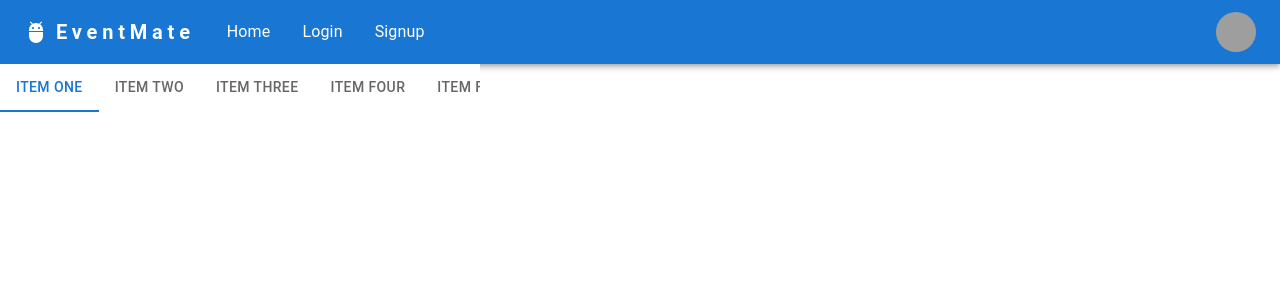
Repository: Farida-Yeasmin-Mim/EventMate_Frontend
Page: /filterpage
The author's editor kept a copy of each file at every save. The page is drawn from the files as they stood at one save, then again after the next save.
The browser window is 1280 px wide. The pictures show the whole page.
Pictures or frames that could not be fetched are drawn as grey boxes. The page's requests for data from a server got no answer. The project was rebuilt for these pictures with package versions that can differ from the ones it lists, and the page was loaded fresh each time. No one was signed in, and anything a server would have sent is missing. Also part of the build but not shown: src/components/PostRequest.js, src/pages/auth/Login.js, src/components/seletionTextField/selectGender.js, src/pages/auth/Signup.js, src/components/vendor/RegVendor.js, src/components/offer.js, src/components/productcategories.js, src/components/icontabs.js and 15 more.

Above is the page before, as saved 2022-08-16 17:27:26.

### public/index.html
<!DOCTYPE html>
<html lang="en">
  <head>
    <meta charset="utf-8" />
    <link rel="icon" href="%PUBLIC_URL%/favicon.ico" />
    <meta name="viewport" content="width=device-width, initial-scale=1" />
    <meta name="theme-color" content="#000000" />
    <meta
      name="description"
      content="Web site created using create-react-app"
    />
    <link rel="apple-touch-icon" href="%PUBLIC_URL%/logo192.png" />

    <link href="https://fonts.googleapis.com/css2?family=Nunito:ital,wght@0,200;0,300;0,400;0,500;0,600;0,700;0,800;0,900;1,200;1,300;1,400;1,500;1,600;1,700;1,900&family=Raleway:ital,wght@0,100;0,200;0,300;0,400;0,500;0,600;0,700;0,800;0,900;1,100;1,200;1,300;1,400;1,500;1,600;1,700;1,800;1,900&display=swap"
    rel="stylesheet">

    <style>
      * {
        font-family: 'Nunito', sans-serif;
        margin: 0;
      }
    </style>

    <link rel="manifest" href="%PUBLIC_URL%/manifest.json" />

    <title>EventMate</title>
  </head>
  <body>
    <noscript>You need to enable JavaScript to run this app.</noscript>
    <div id="root"></div>

  </body>
</html>

### src/index.js
import React from 'react';
import ReactDOM from 'react-dom/client';
import './index.css';
import App from './App';
import reportWebVitals from './reportWebVitals';
import axios from 'axios';
import Context from './components/context/Context';

axios.defaults.baseURL = 'http://127.0.0.1:8000/api/'
// axios.defaults.baseURL = 'https://guarded-beach-16980.herokuapp.com/api/'
axios.defaults.headers.common['Authorization'] = 'Bearer ' + localStorage.getItem('token')

const root = ReactDOM.createRoot(document.getElementById('root'));
root.render(
  <React.StrictMode>
    <Context>
      <App />
    </Context>
  {/* <App/> */}
  </React.StrictMode>

);

// If you want to start measuring performance in your app, pass a function
// to log results (for example: reportWebVitals(console.log))
// or send to an analytics endpoint. Learn more: https://bit.ly/CRA-vitals
reportWebVitals();

### src/App.js
//import logo from './logo.svg';
import './App.css';
import Login from './pages/auth/Login';
import Signup from './pages/auth/Signup';
import Registration from './components/vendor/RegVendor';
import Offer from './components/Offer';
import ProductCategories from './components/productcategories';
import IconTabs from './components/icontabs';
//import DecorationCard from './components/cards/decoration';
import Services from './components/services';
import AddDecorationsForm from './pages/services/addDecorationsForm';
//import Home from './pages/Home';
import Navbar from './components/Navbar';
import Feed from './components/feed/Feed';
import Dashboard from './components/vendor/Dashboard';
import CreateEvent from './components/event/CreateEvent';
import OrderDetails from './components/event/OrderDetails';
import AppRouter from './components/AppRouter';
import FilterPage from './components/event/filter/FilterPage';
import Notification from './components/Notification';
import SearchBar from './components/event/filter/SearchBar';




function App() {
  return (
    <div className="App">
      {/*



      <Services></Services>
      <Offer></Offer>

      <Login></Login>
      <Signup></Signup>
      <Registration></Registration>
      <AddDecorationsForm></AddDecorationsForm> */}



    {/* <DecorationCard></DecorationCard>  */}
    {/* <ProductCategories></ProductCategories> */}
    {/* <Navbar/>   */}
    {/* <Home/> */}
    {/* <Feed/> */}
    {/* <Dashboard/> */}
    {/* <CreateEvent/> */}
    {/* <OrderDetails/> */}
    {/* <Home/> */}
    {/* <SearchBar/> */}

      {/* <AppRouter /> */}
      {/* */}
      {/* <IconTabs/> */}

      <Notification/>
      <AppRouter/>
      {/* <Home/>  */}
     {/* <FilterPage/> */}

    </div>
  );
}

export default App;

### src/components/context/Context.js
import React, { createContext, useContext, useReducer  } from 'react';
import { faker } from '@faker-js/faker';
import { cartReducer } from './Reducers';
import { dataList } from '../event/filter/constants';

const Cart = createContext();

function Context({children}) {
    // const products = [...Array(20)].map(() => ({
    //     id: faker.datatype.uuid(),
    //     name: faker.commerce.productName(),
    //     price: faker.commerce.price(),
    //     image: faker.image.fashion(),
    //     inStock: faker.helpers.arrayElement([0, 3, 5, 6, 7]),
    //     fastDelivery: faker.datatype.boolean(),
    //     ratings: faker.helpers.arrayElement([1, 2, 3, 4, 5]),
    //   }));
    const products = [...dataList];

      // console.log(products);
      const [state, dispatch] = useReducer(cartReducer, {
        products: products,
        cart: [],
      });


      return (
        <Cart.Provider value={{ state, dispatch }}>
          {children}
        </Cart.Provider>
      );
};

export const CartState = () => {
  return useContext(Cart);
};

export default Context;

### src/App.css
@import url('https://fonts.googleapis.com/css2?family=Raleway:ital,wght@0,100;0,200;0,300;0,400;0,500;0,600;0,700;0,800;0,900;1,100;1,200;1,300;1,400;1,500;1,600;1,700;1,800;1,900&display=swap');


*,
*::after,
*::before{
  margin: 0;
}

body{
  font-family: 'Raleway', sans-serif;
}

input{
  font-family: 'Raleway', sans-serif;
}

/* Chrome Safari and Opera */
/* scrollbar handle */
::-webkit-scrollbar{
  display: none;
}

body{
  -ms-overflow-style: none;   /*work on internet explorer and Edge*/
  scrollbar-width: none;      /*work on Firefox*/
}


.App-logo {
  height: 40vmin;
  pointer-events: none;
}

@media (prefers-reduced-motion: no-preference) {
  .App-logo {
    animation: App-logo-spin infinite 20s linear;
  }
}

.App-header {
  background-color: #282c34;
  min-height: 100vh;
  display: flex;
  flex-direction: column;
  align-items: center;
  justify-content: center;
  font-size: calc(10px + 2vmin);
  color: white;
}

.App-link {
  color: #61dafb;
}

@keyframes App-logo-spin {
  from {
    transform: rotate(0deg);
  }
  to {
    transform: rotate(360deg);
  }
}

### src/components/Navbar.js
import * as React from 'react';
import AppBar from '@mui/material/AppBar';
import Box from '@mui/material/Box';
import Toolbar from '@mui/material/Toolbar';
import IconButton from '@mui/material/IconButton';
import Typography from '@mui/material/Typography';
import Menu from '@mui/material/Menu';
import MenuIcon from '@mui/icons-material/Menu';
import Container from '@mui/material/Container';
import Avatar from '@mui/material/Avatar';
import Button from '@mui/material/Button';
import Tooltip from '@mui/material/Tooltip';
import MenuItem from '@mui/material/MenuItem';
import AdbIcon from '@mui/icons-material/Adb';
import { Link } from "react-router-dom";


// const pages = ['Home', 'About', 'Services', 'Contact Us', 'LogIn', 'SignUp'];
const settings = ['Profile', 'Account', 'Dashboard', 'Logout'];

const Navbar = () => {
  const [anchorElNav, setAnchorElNav] = React.useState(null);
  const [anchorElUser, setAnchorElUser] = React.useState(null);

  const handleOpenNavMenu = (event) => {
    setAnchorElNav(event.currentTarget);
  };
  const handleOpenUserMenu = (event) => {
    setAnchorElUser(event.currentTarget);
  };

  const handleCloseNavMenu = () => {
    setAnchorElNav(null);
  };

  const handleCloseUserMenu = () => {
    setAnchorElUser(null);
  };

  return (
    <AppBar position="static">
      <Container maxWidth="xl">
        <Toolbar disableGutters>
          <AdbIcon sx={{ display: { xs: 'none', md: 'flex' }, mr: 1 }} />


          {/* For Left side EventMate design */}
          <Typography
            variant="h6"
            noWrap
            component="a"
            href="/"
            sx={{
              mr: 2,
              display: { xs: 'none', md: 'flex' },
              fontWeight: 700,
              letterSpacing: '.3rem',
              color: 'inherit',
              textDecoration: 'none',
            }}
          >
            EventMate
          </Typography>

          <Box sx={{ flexGrow: 1, display: { xs: 'flex', md: 'none' } }}>
            <IconButton
              size="large"
              aria-label="account of current user"
              aria-controls="menu-appbar"
              aria-haspopup="true"
              onClick={handleOpenNavMenu}
              color='inherit'
            >
              <MenuIcon />
            </IconButton>


            <Menu
              id="menu-appbar"
              anchorEl={anchorElNav}
              anchorOrigin={{
                vertical: 'bottom',
                horizontal: 'left',
              }}
              keepMounted
              transformOrigin={{
                vertical: 'top',
                horizontal: 'left',
              }}
              open={Boolean(anchorElNav)}
              onClose={handleCloseNavMenu}
              sx={{
                display: { xs: 'block', md: 'none' },
              }}
            >

              {/* pages function for left bar */}
              {/* {pages.map((page) => (
                <MenuItem key={page} onClick={handleCloseNavMenu}>
                  <Typography textAlign="center">{page}</Typography>

                </MenuItem>
              ))} */}
              {/* <MenuItem><Link to="/">Home</Link></MenuItem>
              <MenuItem><Link to="/login">Login</Link></MenuItem>
              <MenuItem><Link to="/signup">Signup</Link></MenuItem> */}

            </Menu>
          </Box>


          {/* <AdbIcon sx={{ display: { xs: 'flex', md: 'none' }, mr: 1 }} />
          <Typography
            variant="h5"
            noWrap
            component="a"
            href=""
            sx={{
              mr: 2,
              display: { xs: 'flex', md: 'none' },
              flexGrow: 1,
              fontFamily: 'monospace',
              fontWeight: 700,
              letterSpacing: '.3rem',
              color: 'white',
              textDecoration: 'none',
            }}
          >
            EventMate
          </Typography> */}




           {/* left side pages button design */}
          {/* <Box sx={{ flexGrow: 1, display: { xs: 'none', md: 'flex' } }}>
            {pages.map((page) => (
              <Button
                key={page}
                onClick={handleCloseNavMenu}
                sx={{ my: 2, color: 'white', display: 'block' }}
              >
                {page}
              </Button>
            ))}
          </Box> */}
          {/* <Box sx={{ flexGrow: 1, display: { xs: 'none', md: 'flex' } }}>
              <Button
                key={page}
                onClick={handleCloseNavMenu}
                sx={{ my: 2, color: 'white', display: 'block' }}
              >


              </Button>
          </Box> */}

          <Box sx={{ flexGrow: 1, display: { xs: 'none', md: 'flex' } }}>
              <Link to="/" style={{ textDecoration: 'none', color: 'white', display: 'block', my: 2 }} ><MenuItem> Home</MenuItem></Link>
              <Link to="/login" style={{ textDecoration: 'none', color: 'white', display: 'block', my: 2 }}><MenuItem>Login</MenuItem></Link>
              <Link to="/signup" style={{ textDecoration: 'none', color: 'white', display: 'block', my: 2 }}><MenuItem>Signup</MenuItem></Link>
          </Box>



           {/* right side iconbar design*/}
          <Box sx={{ flexGrow: 0 }}>
            <Tooltip title="Open settings">
              <IconButton onClick={handleOpenUserMenu} sx={{ p: 0 }}>
                <Avatar alt="Remy Sharp" src="https://avatars.githubusercontent.com/u/76836136?s=400&u=6b029a033204aea30687591bedb424dcbfbea46a&v=4" />
              </IconButton>
            </Tooltip>


            <Menu
              sx={{ mt: '45px' }}
              id="menu-appbar"
              anchorEl={anchorElUser}
              anchorOrigin={{
                vertical: 'top',
                horizontal: 'right',
              }}
              keepMounted
              transformOrigin={{
                vertical: 'top',
                horizontal: 'right',
              }}
              open={Boolean(anchorElUser)}
              onClose={handleCloseUserMenu}
            >

              {/* settings function for right iconbar */}
              {/* {settings.map((setting) => (
                <MenuItem key={setting} onClick={handleCloseUserMenu}>
                  <Typography textAlign="center">{setting}</Typography>
                </MenuItem>
              ))} */}
              <Link to="/logout" style={{ textDecoration: 'none', color: 'gray', display: 'block', my: 2 }}><MenuItem><Typography textAlign="center">Logout</Typography></MenuItem></Link>

            </Menu>
          </Box>


        </Toolbar>
      </Container>
    </AppBar>
  );
};
export default Navbar;

### src/components/AppRouter.js
import React from 'react';
import { BrowserRouter as Router, Routes, Route } from "react-router-dom";
import Login from '../pages/auth/Login';
import Logout from '../pages/auth/Logout';
import Signup from '../pages/auth/Signup';
import Home from '../pages/Home';
import CreateEvent from './event/CreateEvent';
import OrderDetails from './event/OrderDetails';
import SelectServices from './event/SelectServices';
import Feed from './feed/Feed';
import Navbar from './Navbar';
import Dashboard from './vendor/Dashboard';
import Vendor_reg from './vendor/RegVendor';
import Offer from './Offer';
import ProductCategories from './productcategories';
import AddDecorationsForm from '../pages/services/addDecorationsForm';
import FilterPage from './event/filter/FilterPage';



function AppRouter(props) {
    return (
        <Router>

            <Navbar />
            <Routes>
                <Route path="/" exact element={<Home/>} />
                <Route path="/login" element={<Login/>} />
                <Route path="/logout" element={<Logout/>} />
                <Route path="/signup" element={<Signup/>} />
                <Route path="/feed" element={<Feed/>} />
                <Route path="/vendor_reg" element={<Vendor_reg/>} />
                <Route path="/vendor_dashboard" element={<Dashboard/>} />
                <Route path="/event_create" element={<CreateEvent/>} />
                <Route path="/productcategories" element={<ProductCategories/>} />
                <Route path="/select_services" element={<SelectServices/>} />
                <Route path="/Order_details" element={<OrderDetails/>} />
                <Route path="/Offer" element={<Offer/>} />
                <Route path="/addDecorationsForm" element={<AddDecorationsForm/>} />
                <Route path="/filterpage" element={<FilterPage/>} />

                {/* path="file name" element="file function" */}


            </Routes>

      </Router>
    );
}

export default AppRouter;

### src/components/event/filter/FilterPage.js
// import * as React from 'react';
// import Box from '@mui/material/Box';
// import Tab from '@mui/material/Tab';
// import TabContext from '@mui/lab/TabContext';
// import TabList from '@mui/lab/TabList';
// import TabPanel from '@mui/lab/TabPanel';

// export default function LabTabs() {
//     const [value, setValue] = React.useState('1');

//     const handleChange = (event, newValue) => {
//         setValue(newValue);
//     };

//     return (
//         <Box sx={{ width: '100%', typography: 'body1' }}>
//             <TabContext value={value}>
//                 <Box sx={{ borderBottom: 1, borderColor: 'divider' }}>
//                     <TabList onChange={handleChange} aria-label="lab API tabs example">
//                         <Tab label="Item One" value="1" />
//                         <Tab label="Item Two" value="2" />
//                         <Tab label="Item Three" value="3" />
//                     </TabList>
//                 </Box>
//                 <TabPanel value="1">Item One</TabPanel>
//                 <TabPanel value="2">Item Two</TabPanel>
//                 <TabPanel value="3">Item Three</TabPanel>
//             </TabContext>
//         </Box>
//     );
// }
import * as React from 'react';
import Tabs from '@mui/material/Tabs';
import Tab from '@mui/material/Tab';
import Box from '@mui/material/Box';

export default function ScrollableTabsButtonAuto() {
    const [value, setValue] = React.useState(0);

    const handleChange = (event, newValue) => {
        setValue(newValue);
    };

    return (
        <Box sx={{ maxWidth: { xs: 320, sm: 480 }, bgcolor: 'background.paper' }}>
            <Tabs
                value={value}
                onChange={handleChange}
                variant="scrollable"
                scrollButtons="auto"
                aria-label="scrollable auto tabs example"
            >
                <Tab label="Item One" />
                <Tab label="Item Two" />
                <Tab label="Item Three" />
                <Tab label="Item Four" />
                <Tab label="Item Five" />
                <Tab label="Item Six" />
                <Tab label="Item Seven" />
            </Tabs>
        </Box>
    );
}

### src/components/Notification.js
import React from 'react';
import Pusher from "pusher-js"
import Echo from 'laravel-echo';

function Notification(props) {

    const options = {
        broadcaster: 'pusher',
        // key: config.pusher.key,
        key: "5b9c0add29710ce63a0d",
        cluster: "ap2",
        forceTLS: "false",
        //authEndpoint is your apiUrl + /broadcasting/auth
        authEndpoint: "http://127.0.0.1:8000/broadcasting/auth",
        // As I'm using JWT tokens, I need to manually set up the headers.
        auth: {
          headers: {
            Authorization: 'Bearer ' + localStorage.getItem('token'),
            Accept: 'application/json',
          },
        },
      };
    const userId = 2;
    const echo = new Echo(options);
    echo.private(`App.User.${userId}`).notification((data) => {
        console.log(data.comment.body);
        window.alert(data.comment.body);
    });
    return (
        <div>

        </div>
    );
}

export default Notification;

### src/components/context/Reducers.js
export const cartReducer = (state, action) => {

    switch (action.type) {
      case "ADD_TO_CART":
        return { ...state, cart: [...state.cart, { ...action.payload, qty: 1 }] };
      case "REMOVE_FROM_CART":
        return {
          ...state,
          cart: state.cart.filter((c) => c.id !== action.payload.id),
        };
      // case "CHANGE_CART_QTY":
      //   return {
      //     ...state,
      //     cart: state.cart.filter((c) =>
      //       c.id === action.payload.id ? (c.qty = action.payload.qty) : c.qty
      //     ),
      //   };
      default:
        return state;
    }
  };

### src/components/event/filter/constants.js
import nacho from "./images/dishes/nacho-burger.jpg";


// For Category List
export const categoryList = [
    {
      id: 1,
      value: 'decoration',
      label: '💫 Decoration',
    },

    {
      id: 2,
      value: 'catering',
      label: '🍕 Catering',
    },
  ];

  // For Rating List
  export const ratingList = [
    {
      id: 1,
      value: '1',
      label: '1🌟',
    },
    {
      id: 2,
      value: '2',
      label: '2🌟',
    },
    {
      id: 3,
      value: '3',
      label: '3🌟',
    },
    {
      id: 4,
      value: '4',
      label: '4🌟',
    },
    {
      id: 5,
      value: '5',
      label: '5🌟',
    },
  ];


  // For side List
  export const dataList = [

    /*For Decoration*/
    {
      id: 1,
      title: 'Wedding Decoration 1',
      serviceTime: '7 days',
      deliveryFee: 3.44,
      category: 'decoration',
      decoration: 'Wedding',
      rating: 5,
      price: 2500,
      coverSrc: nacho,
    },
    {
      id: 2,
      title: 'Birthday Decoration 1',
      serviceTime: '15-20min',
      deliveryFee: 4.94,
      category: 'decoration',
      decoration: 'Birthday',
      rating: 4,
      price: 1000,
      coverSrc: 'https://m.media-amazon.com/images/I/81nU6clDgEL.jpg',
    },
    {
      id: 3,
      title: 'chow',
      serviceTime: '30-22min',
      deliveryFee: 4.94,
      category: 'decoration',
      decoration: 'Proposal',
      rating: 3,
      price: 2000,
      coverSrc: 'https://img.freepik.com/free-vector/night-ocean-landscape-full-moon-stars-shine_107791-7397.jpg?w=2000',
    },
    {
      id: 4,
      title: 'wharf seafood',
      serviceTime: '10-18min',
      deliveryFee: 2.14,
      category: 'decoration',
      decoration: 'Wedding',
      rating: 1,
      price: 1800,
      coverSrc: '/images/places/sea.jpg',
    },
    {
      id: 5,
      title: 'Tossin',
      serviceTime: '25-30min',
      deliveryFee: 6.79,
      category: 'decoration',
      decoration: 'Proposal',
      rating: 5,
      price: 2000,
      coverSrc: '/images/places/italiian.jpg',
    },
    {
      id: 6,
      title: 'stories noodles',
      serviceTime: '5-15min',
      deliveryFee: 2.87,
      category: 'decoration',
      decoration: 'Birthday',
      rating: 5,
      price: 3500,
      coverSrc: '/images/places/fookyew2.jpg',
    },

    /*For Catering*/
    {
      id: 7,
      title: 'Nacho cheeseburger',
      serviceTime: '50-65min',
      deliveryFee: 8.5,
      category: 'catering',
      decoration: 'american',
      rating: 2,
      price: 2200,
      coverSrc: '../filter/images/dishes/nacho-burger.jpg',
      // /images/dishes/nacho-burger.jpg
    },
    {
      id: 8,
      title: 'Mushroom Risotto',
      serviceTime: '10-15min',
      deliveryFee: 1.8,
      category: 'catering',
      decoration: 'italian',
      rating: 1,
      price: 1900,
      coverSrc: '/images/dishes/Mushroom-Risotto-Recipe-1-1200.jpg',
    },
    {
      id: 9,
      title: 'Shitake Fried Rice',
      serviceTime: '12-18min',
      deliveryFee: 3.33,
      category: 'catering',
      decoration: 'chinese',
      rating: 4,
      price: 2750,
      coverSrc: '/images/dishes/shiitake-salmon-fried-rice-0218-103230720.jpg',
    },
    {
      id: 10,
      title: 'Pesto chicken stew',
      serviceTime: '30-38min',
      deliveryFee: 1.9,
      category: 'catering',
      decoration: 'american',
      rating: 2,
      price: 4350,
      coverSrc: '/images/dishes/pesto-chicken.jpg',
    },
    {
      id: 11,
      title: 'Bruschetta',
      serviceTime: '16-20min',
      deliveryFee: 4.1,
      category: 'catering',
      decoration: 'italian',
      rating: 3,
      price: 3300,
      coverSrc: '/images/dishes/as-tomato-bruschetta-articleLarge.jpg',
    },
    {
      id: 12,
      title: 'Dim Sums',
      serviceTime: '24-30min',
      deliveryFee: 1.5,
      category: 'catering',
      decoration: 'chinese',
      rating: 2,
      price: 4100,
      coverSrc: '/images/dishes/dimsums.jpg',
    },
  ];

Loaded but not shown: src/index.css (common file); src/reportWebVitals.js (common file)

After the next save:
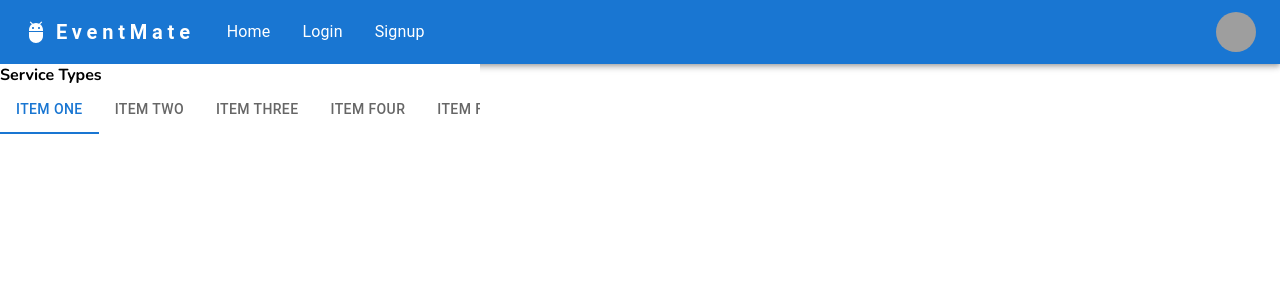
Saved 104 s later.
--- a/src/components/event/filter/FilterPage.js
+++ b/src/components/event/filter/FilterPage.js
@@ -43,6 +43,7 @@ export default function ScrollableTabsButtonAuto() {
 
     return (
         <Box sx={{ maxWidth: { xs: 320, sm: 480 }, bgcolor: 'background.paper' }}>
+            <h4>Service Types</h4>
             <Tabs
                 value={value}
                 onChange={handleChange}
